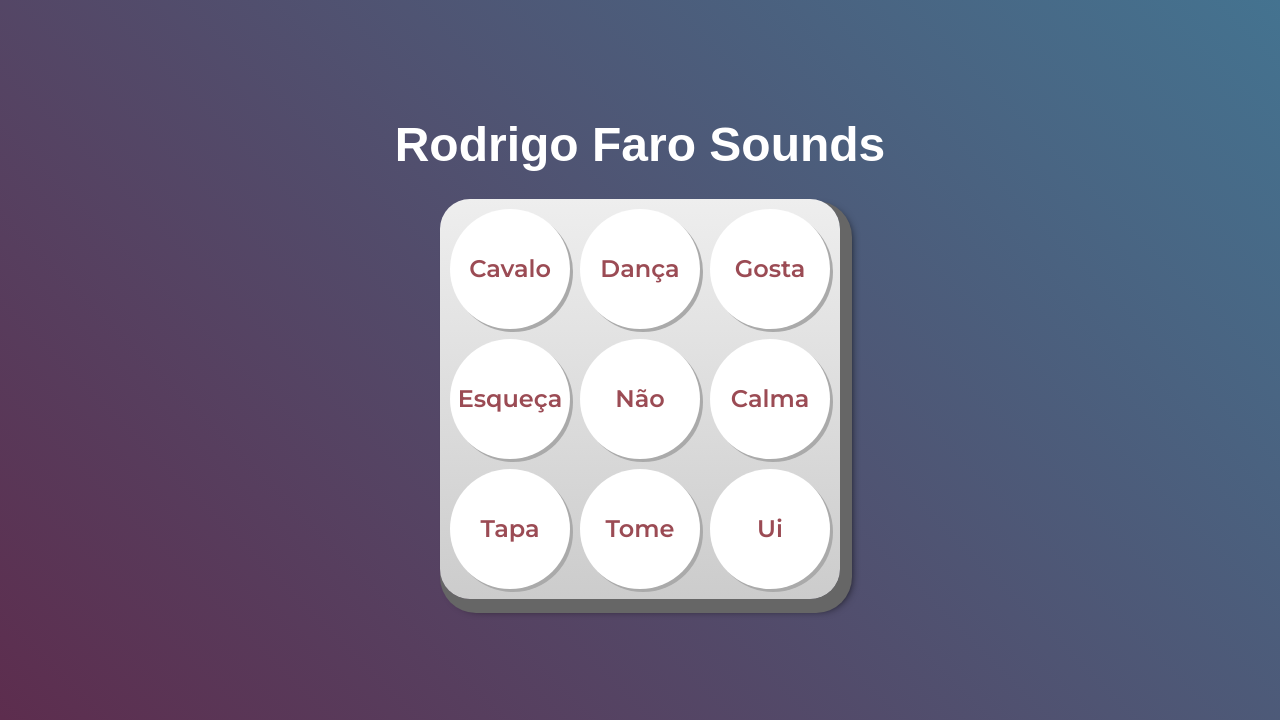
Repository: barbara-teresa-toledo/rodrigo-faro-sounds
Page: index.html
An editor plug-in stored every save of this project. The page is shown before and after the next save, followed by the edit.
The browser window is 1280 px wide. The pictures show the whole page.
Some web fonts or font styles are not loaded; a fallback is used.

Above is the page before, as saved 2022-08-02 16:30:10.

After the next save:
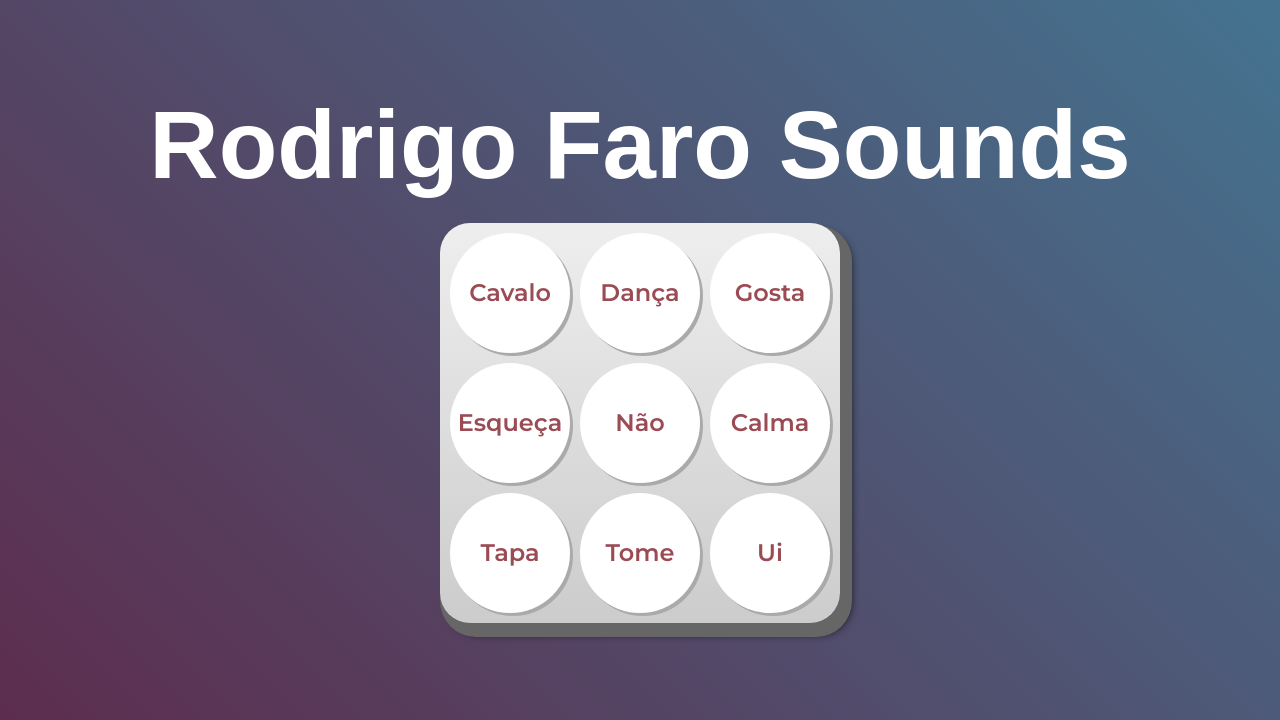
Saved 13 s later.
--- a/css/estilos.css
+++ b/css/estilos.css
@@ -20,7 +20,7 @@
 h1 {
   color: var(--branca);
   margin-bottom: 30px;
-  font-size: 3rem;
+  font-size: 6rem;
   font-weight: bold;
   font-family: 'Mouse Memoirs', sans-serif;
 }
